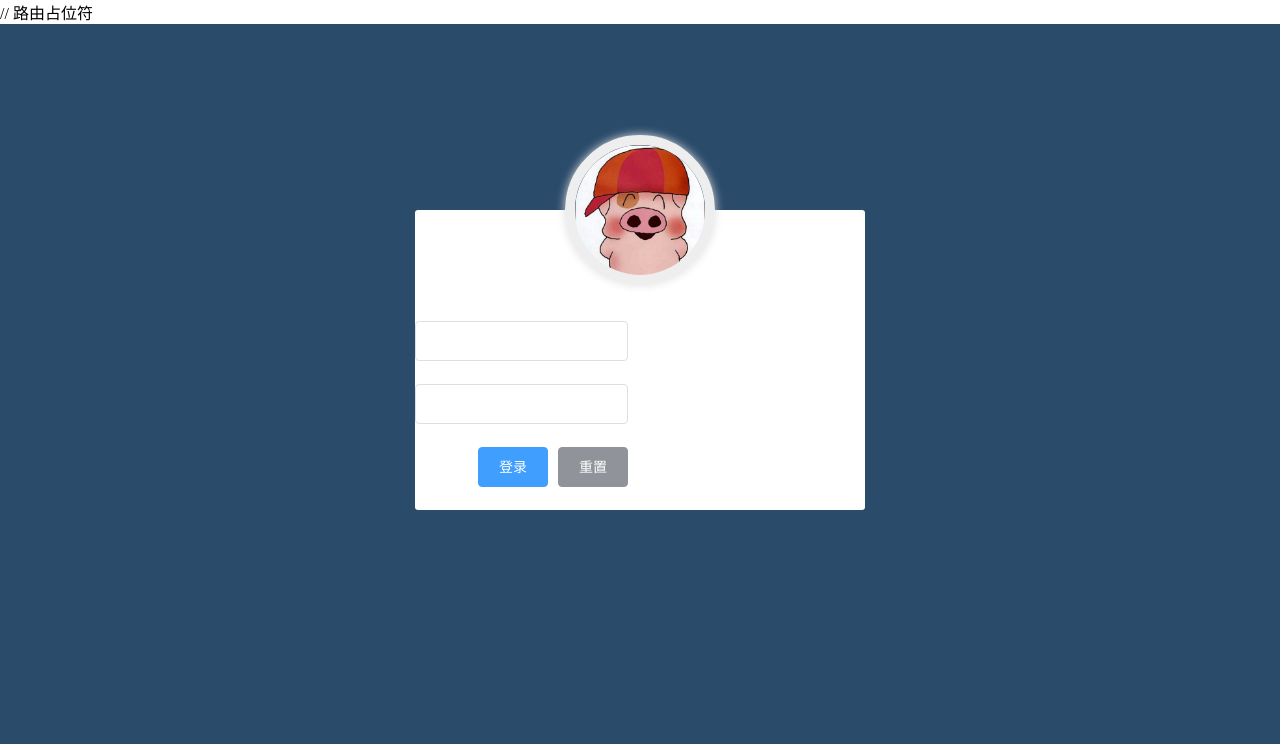
Repository: Japcy/onetwothree
Page: /
These files come from the project's save history. The page is drawn as it stood at one moment and after the next save; the edit follows.
The browser window is 1280 px wide. The pictures show the whole page.
The project was rebuilt for these pictures with package versions that can differ from the ones it lists, and the page was loaded fresh each time.

Above is the page before, as saved 2020-02-29 00:05:03.

### src/main.js
import Vue from 'vue'
import App from './App.vue'
import router from './router'
import './plugins/element.js'
// 导入全局样式表
import './assets/css/global.css'

Vue.config.productionTip = false

new Vue({
  router,
  render: h => h(App)
}).$mount('#app')

### src/App.vue
<template>
  <div id="app">
    // 路由占位符
    <router-view></router-view>
  </div>
</template>

<script>

export default {
  name: 'app',
  components: {
  }
}
</script>

<style>

</style>

### src/router/index.js
import Vue from 'vue'
import VueRouter from 'vue-router'
import Login from '../components/Login.vue'

Vue.use(VueRouter)

const routes = [
  {
    path: '/',
    redirect: '/login'
  },
  {
    path: '/login',
    component: Login
  }
]

const router = new VueRouter({
  routes
})

export default router

### src/components/Login.vue
<template>
  <div class="login">
    <div class="login-box">
      <div class="avatar">
        <img src="../assets/img/logo.jpg" alt />
      </div>
      <!-- 登录表单区 -->
      <div>
        <el-form label-width="0px" class="login-form">
          <!-- 用户名 -->
          <el-form-item>
            <el-input></el-input>
          </el-form-item>
          <!-- 密码 -->
          <el-form-item>
            <el-input></el-input>
          </el-form-item>
          <!-- 按钮区域 -->
          <el-form-item class="btns">
            <el-button type="primary">登录</el-button>
            <el-button type="info">重置</el-button>
          </el-form-item>
        </el-form>
      </div>
    </div>
  </div>
</template>

<script type="text/ecmascript-6">
export default {
  name: 'login',
  data () {
    return {}
  },
  components: {},
  methods: {}
}
</script>

<style lang="less" scoped>
.login {
  background-color: #2b4b6b;
  height: 100%;
}
.login-box {
  width: 450px;
  height: 300px;
  background-color: #fff;
  border-radius: 3px;
  position: absolute;
  left: 50%;
  top: 50%;
  transform: translate(-50%, -50%);

  .avatar {
    width: 130px;
    height: 130px;
    border: 10px solid #eee;
    border-radius: 50%;
    overflow: hidden;
    box-shadow: 0 0 10px #ddd;
    position: absolute;
    left: 50%;
    transform: translate(-50%, -50%);

    img {
      width: 100%;
      height: auto;
    }
  }
}
.login-form {
  position: absolute;
  bottom: 0;
  widows: 100%;
}
.btns {
  display: flex;
  justify-content: flex-end;
}
</style>

Loaded but not shown: public/index.html (common file); src/plugins/element.js (common file); src/assets/css/global.css (common file)

After the next save:
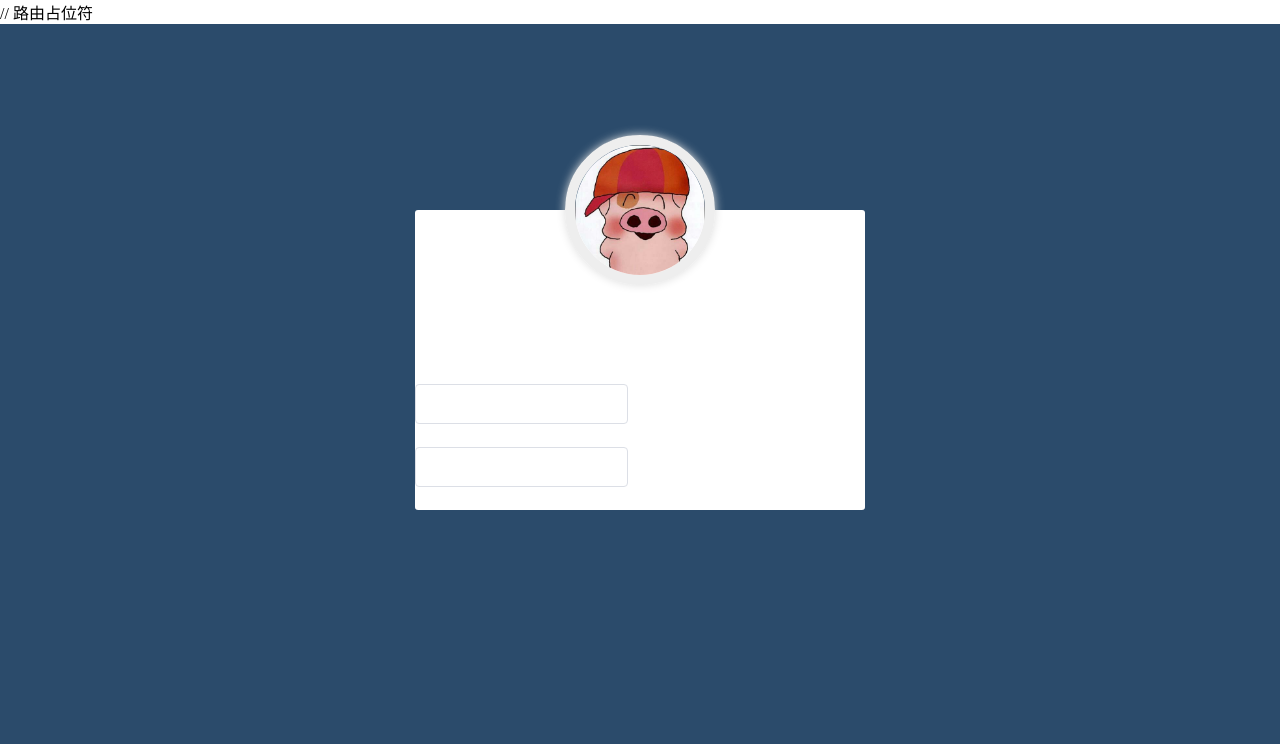
Saved 58 s later.
--- a/src/components/Login.vue
+++ b/src/components/Login.vue
@@ -15,12 +15,12 @@
           <el-form-item>
             <el-input></el-input>
           </el-form-item>
-          <!-- 按钮区域 -->
-          <el-form-item class="btns">
-            <el-button type="primary">登录</el-button>
-            <el-button type="info">重置</el-button>
-          </el-form-item>
         </el-form>
+        <!-- 按钮区域 -->
+        <el-form-item class="btns">
+          <el-button type="primary">登录</el-button>
+          <el-button type="info">重置</el-button>
+        </el-form-item>
       </div>
     </div>
   </div>
